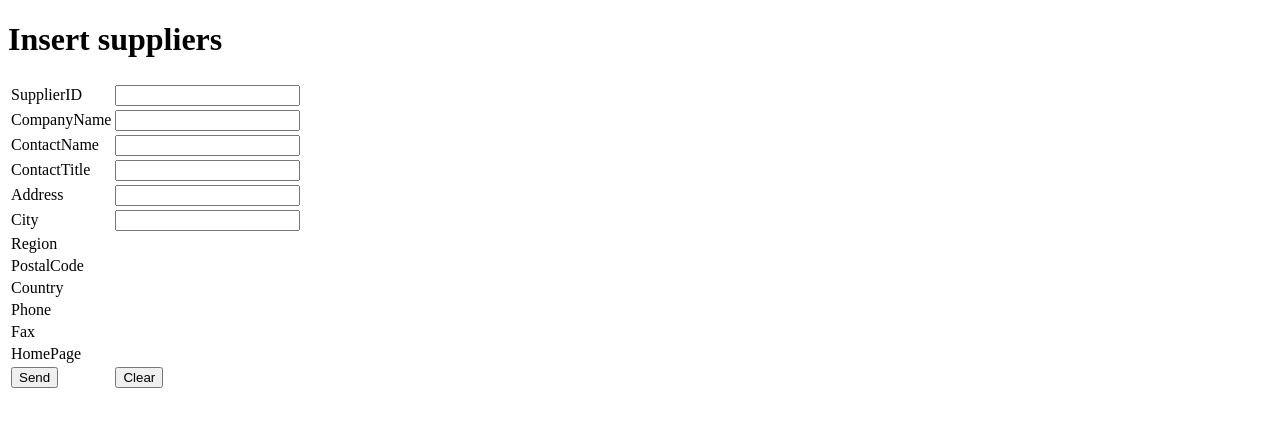
Repository: kaza1509/PRJ301
Page: SE1613/web/addSupplier.html
The author's editor kept a copy of each file at every save. The page is drawn from the files as they stood at one save, then again after a run of saves.
The browser window is 1280 px wide. The pictures show the whole page.

Above is the page before, as saved 2022-01-20 14:43:56.

### SE1613/web/addSupplier.html
<!DOCTYPE html>
<html lang="en">
    <head>
        <meta charset="UTF-8">
        <meta http-equiv="X-UA-Compatible" content="IE=edge">
        <meta name="viewport" content="width=device-width, initial-scale=1.0">
        <title>Document</title>
    </head>
    <body>
        <form action="" method="post">
            <table>
                <tr>
                    <h1>Insert suppliers</h1>
                </tr>
                <tr>
                    <td>SupplierID</td>
                    <td>
                        <input type="number" name="SupplierId">
                    </td>
                </tr>
                <tr>
                    <td>CompanyName</td>
                    <td>
                        <input type="text" name="companyName">
                    </td>
                </tr>
                <tr>
                    <td>ContactName</td>
                    <td>
                        <input type="text" name="contactName">
                    </td>
                </tr>
                <tr>
                    <td>ContactTitle</td>
                    <td>
                        <input type="text" name="contactTitle">
                    </td>
                </tr>
                <tr>
                    <td>Address</td>
                    <td>
                        <input type="text" name="address">
                    </td>
                </tr>
                <tr>
                    <td>City</td>
                    <td>
                        <input type="text" name="city">
                    </td>
                </tr>
                <tr>
                    <td>Region</td>
                    <td></td>
                </tr>
                <tr>
                    <td>PostalCode</td>
                    <td></td>
                </tr>
                <tr>
                    <td>Country</td>
                    <td></td>
                </tr>
                <tr>
                    <td>Phone</td>
                    <td></td>
                </tr>
                <tr>
                    <td>Fax</td>
                    <td></td>
                </tr>
                <tr>
                    <td>HomePage</td>
                    <td></td>
                </tr>
                <tr>
                    <td>
                        <input type="submit" value="Send">
                    </td>
                    <td>
                        <input type="reset" value="Clear">
                    </td>
                </tr>
            </table>
        </form>
    </body>
</html>

After the next 2 saves:
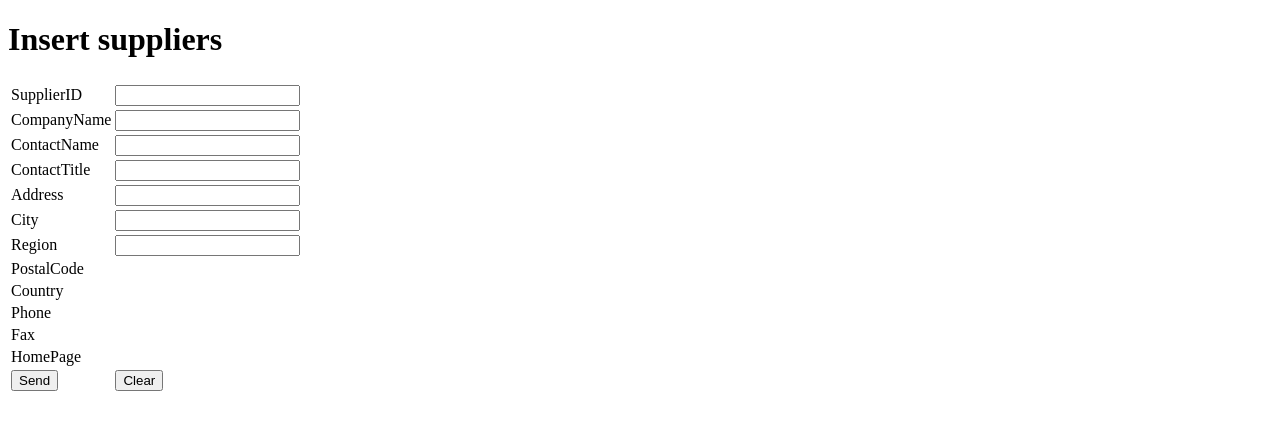
The 2 saves are shown as one change because they came seconds apart.
The last was saved 6 s later.
--- a/SE1613/web/addSupplier.html
+++ b/SE1613/web/addSupplier.html
@@ -50,7 +50,9 @@
                 </tr>
                 <tr>
                     <td>Region</td>
-                    <td></td>
+                    <td>
+                        <input type="text">
+                    </td>
                 </tr>
                 <tr>
                     <td>PostalCode</td>
